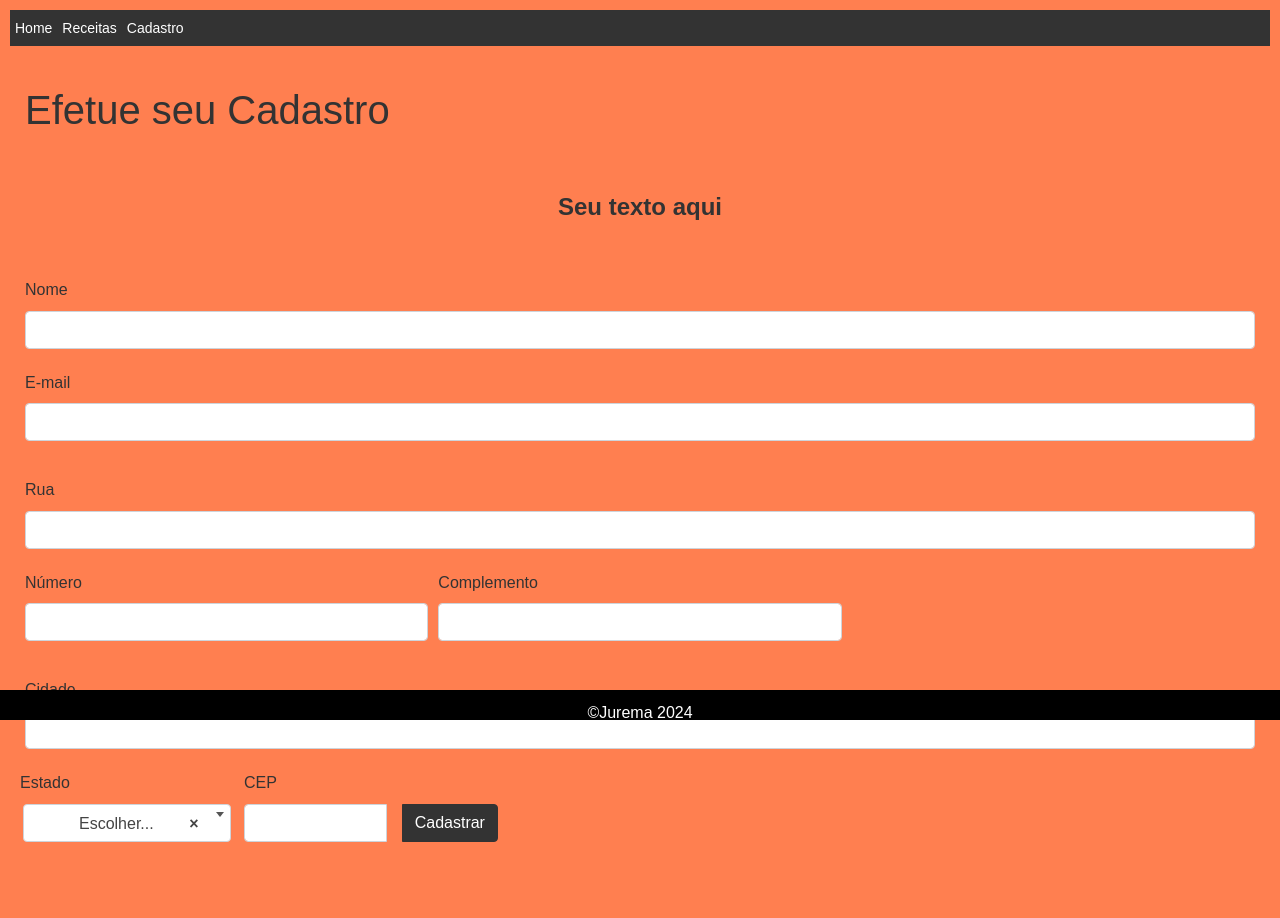
Repository: devropaes/RECEITAS
Page: OneDrive/Área de Trabalho/Estudos/Estácio/receitas/cadastro.html
An editor plug-in stored every save of this project. The page is shown before and after the next save, followed by the edit.
The browser window is 1280 px wide. The pictures show the whole page.

Above is the page before, as saved 2024-03-16 11:40:06.

After the next save:
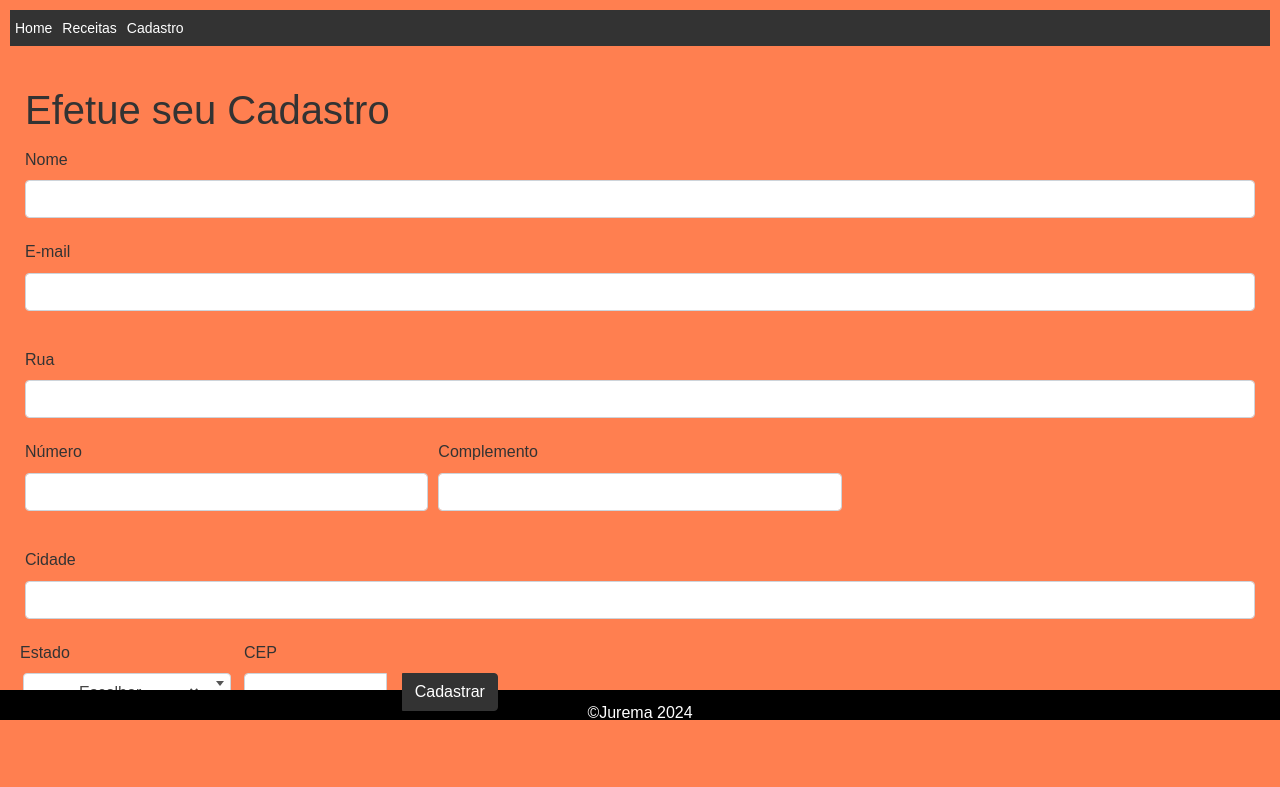
Saved 30 s later.
--- a/OneDrive/Área de Trabalho/Estudos/Estácio/receitas/cadastro.html
+++ b/OneDrive/Área de Trabalho/Estudos/Estácio/receitas/cadastro.html
@@ -26,11 +26,6 @@
                 <div class="col-lg-12">
                     <h1 class="mt-4 text-left">Efetue seu Cadastro</h1>
                     <form>
-                        <div class="apresentacao">
-                            <p class=""texto-direita"></p>
-                        <p class="texto-direita">Seu texto aqui</p>
-                    </div>
-
                         <div class="form-row">
                             <div class="form-group col-md-12">
                                 <label for="nome" class="float-left">Nome</label>
